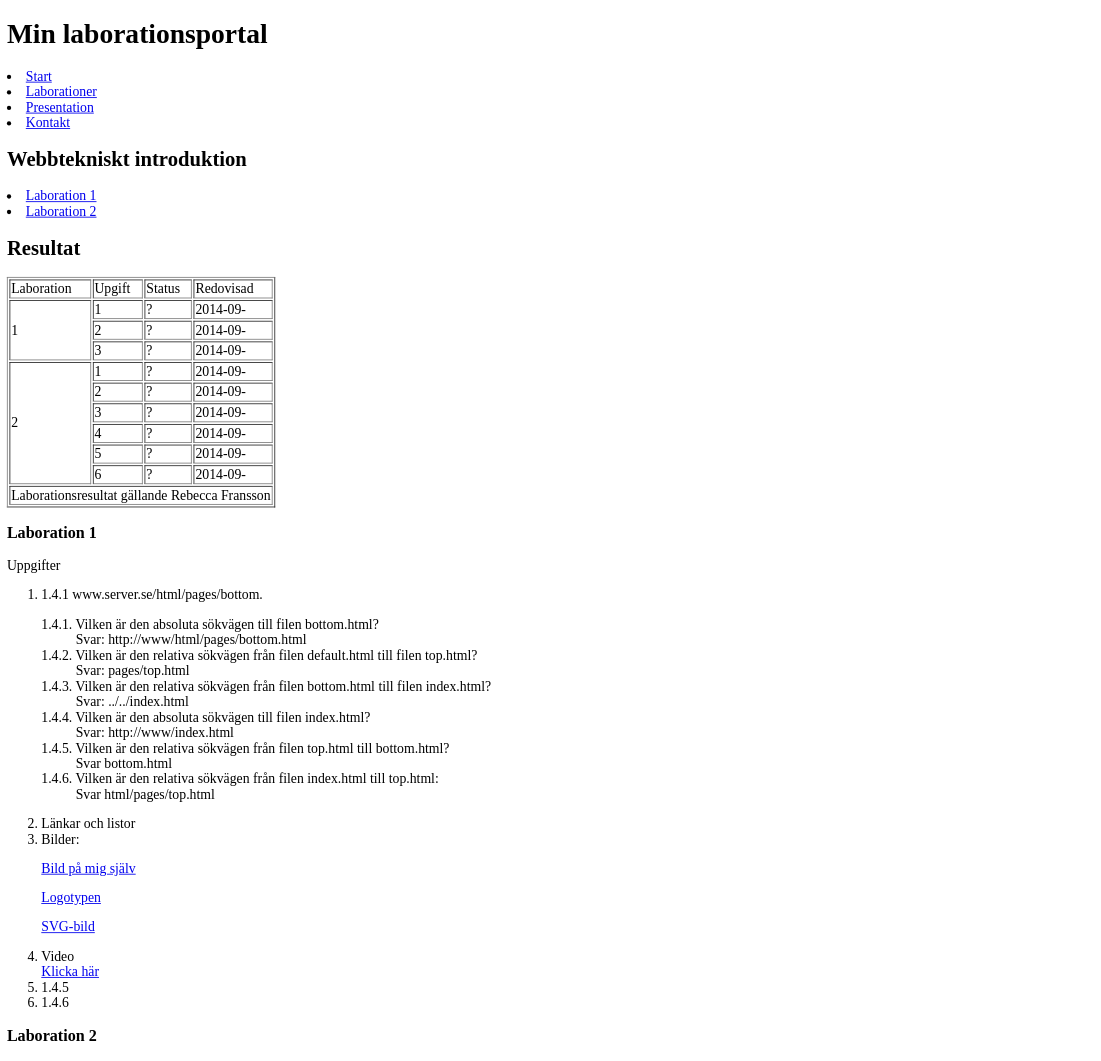
Repository: RebeccaFransson/Interfacedevelopment-1IK415
Page: pages/laborationer.html
The author's editor kept a record of every edit. The page is drawn from the files as they stood at one moment, then again after the next edit.
The browser window is 1280 px wide. The pictures show the whole page, at 86% of full size.

Above is the page before.

### pages/laborationer.html
<!DOCTYPE html>
<html>
<head>
    <meta charset="utf-8"/>
    <title>Min sida</title>
</head>
    <body>

    <h1>Min laborationsportal</h1>
        <li><a href="../index.html">Start</a> </li>  <!-- ../ gör att jag kommer ut till mappen ovan.-->
        <li><a href="laborationer.html">Laborationer</a> </li>
        <li><a href="presentation.html">Presentation</a> </li>
        <li><a href="kontakt.html">Kontakt</a> </li>

    <h2>Webbtekniskt introduktion</h2>
        <li><a href="#Laboration_1">Laboration 1</a> </li>
        <li><a href="#Laboration_2">Laboration 2</a> </li>

     <h2>Resultat</h2>
     <table border="1"> <!--Tabell-->
         <thead>
            <tr>
                <td>Laboration</td>
                <td>Upgift</td>
                <td>Status</td>
                <td>Redovisad</td>
              </tr>
          </thead>
          <tbody>
            <tr>
                <td rowspan="3">1</td>
                <td>1</td>
                <td>?</td>
                <td>2014-09-</td>
            </tr>
            <tr>
                <td>2</td>
                <td>?</td>
                <td>2014-09-</td>
            </tr>
                <tr>
                <td>3</td>
                <td>?</td>
                <td>2014-09-</td>
            </tr>

            <tr>                        <!--Tabell för lab2-->
                <td rowspan="6">2</td>
                <td>1</td>
                <td>?</td>
                <td>2014-09-</td>
            </tr>
            <tr>
                <td>2</td>
                <td>?</td>
                <td>2014-09-</td>
            </tr>
            <tr>
                <td>3</td>
                <td>?</td>
                <td>2014-09-</td>
            </tr>
            <tr>
                <td>4</td>
                <td>?</td>
                <td>2014-09-</td>
            </tr>
            <tr>
                <td>5</td>
                <td>?</td>
                <td>2014-09-</td>
            </tr>
            <tr>
                <td>6</td>
                <td>?</td>
                <td>2014-09-</td>
            </tr>
        </tbody>
        <tfoot>
            <tr>                        <!--Tabell för lab2-->
                <td colspan="4">Laborationsresultat gällande Rebecca Fransson</td>
            </tr>
        </tfoot>







</table>

      <a name="Laboration_1"></a> <!---Gör en ankar länk till laboration 1-->
      <h3>Laboration 1</h3>
      <p>Uppgifter</p>

      <!-- Gör en numrerad lista på uppgifterna i lab1 -->
      <ol>
         <li>1.4.1 www.server.se/html/pages/bottom.
           <dl>
             <dt>1.4.1. Vilken är den absoluta sökvägen till filen bottom.html?</dt>
             <dd>Svar: http://www/html/pages/bottom.html</dd>
             <dt>1.4.2. Vilken är den relativa sökvägen från filen default.html till filen top.html?</dt>
             <dd>Svar: pages/top.html</dd>
             <dt>1.4.3. Vilken är den relativa sökvägen från filen bottom.html till filen index.html?</dt>
             <dd>Svar: ../../index.html</dd> <!-- ? -->
             <dt>1.4.4. Vilken är den absoluta sökvägen till filen index.html?</dt>
             <dd>Svar: http://www/index.html</dd>
             <dt>1.4.5. Vilken är den relativa sökvägen från filen top.html till bottom.html?</dt>
             <dd>Svar bottom.html</dd>
             <dt>1.4.6. Vilken är den relativa sökvägen från filen index.html till top.html:</dt>
             <dd>Svar html/pages/top.html</dd>
           </dl>
         </li>



         <li>Länkar och listor</li>
         <li>Bilder:
         <p><a href="presentation.html#Bild_pa_mig">Bild på mig själv</a></p>
         <p><a href="../Pictures/Logo.png">Logotypen</a> </p>
         <p><a href="../index.html#blogg-SVG-bild">SVG-bild</a></p>
         </li>
         <li>Video
         <br><a href="../index.html#blogg-video">Klicka här</a>
         </li>
         <li>1.4.5</li>
         <li>1.4.6</li>
     </ol>

     <a name="Laboration_2"></a>
     <h3>Laboration 2</h3>

    </body>

     </html>

After the next edit:
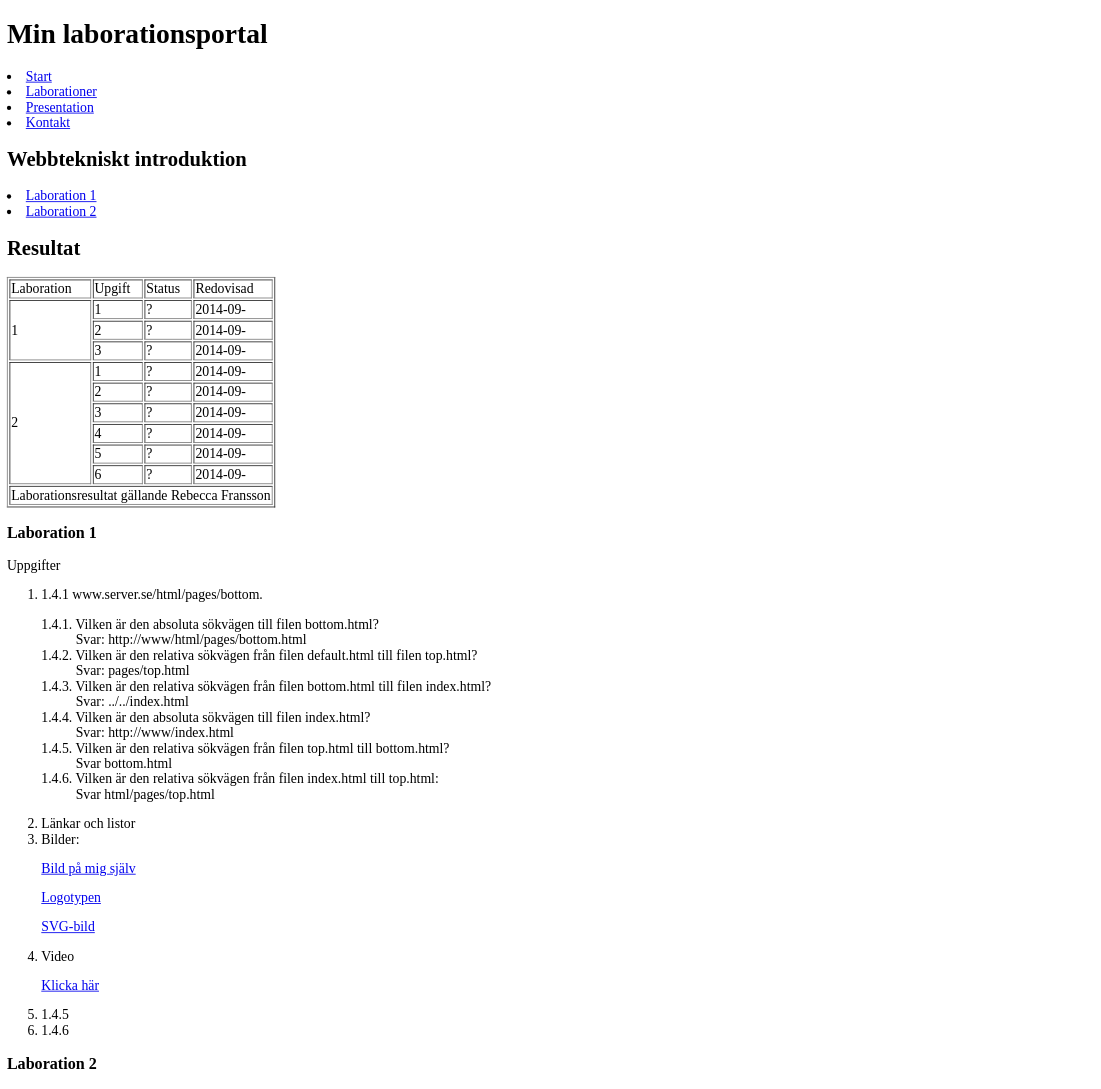
The edit:
--- a/pages/laborationer.html
+++ b/pages/laborationer.html
@@ -122,7 +122,7 @@
          <p><a href="../index.html#blogg-SVG-bild">SVG-bild</a></p>
          </li>
          <li>Video
-         <br><a href="../index.html#blogg-video">Klicka här</a>
+         <p><a href="../index.html#blogg-video">Klicka här</a></p>
          </li>
          <li>1.4.5</li>
          <li>1.4.6</li>
